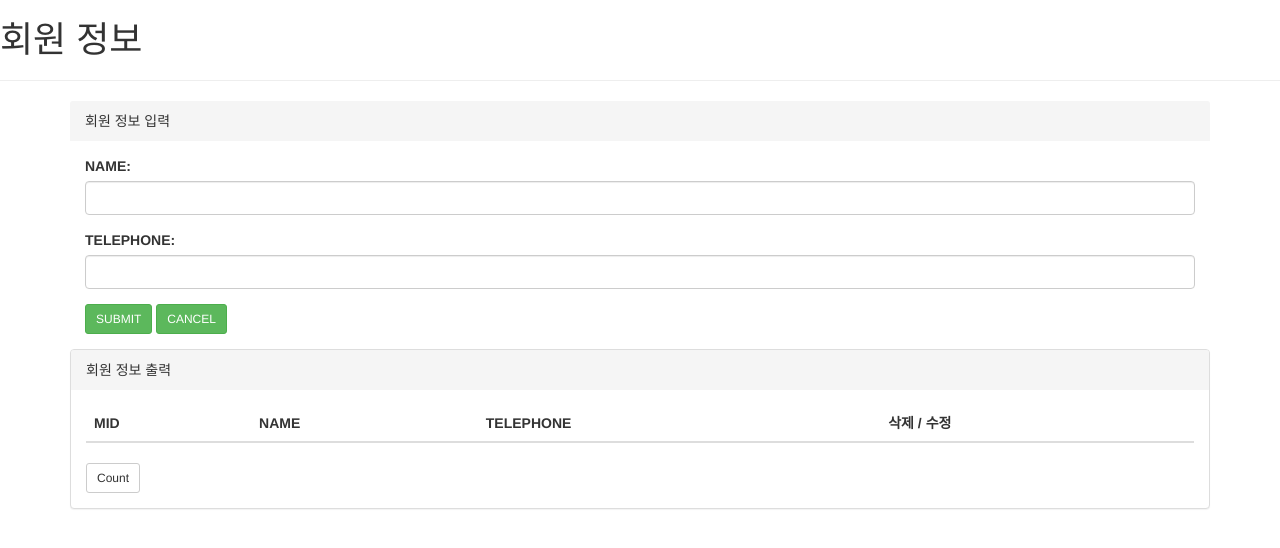
Repository: CHAEYUN7074/SpringMVCStudy
Page: http://localhost/mybatisWork02/MemberList.jsp
An editor plug-in stored every save of this project. The page is shown before and after the next save, followed by the edit.
The browser window is 1280 px wide. The pictures show the whole page.
The page is served by Tomcat 9. The template is opened directly, without the code that normally fills it, so the values that code supplies are empty.

Above is the page before, as saved 2021-12-20 01:28:27.

### mybatisWork02/WebContent/MemberList.jsp
<%@ page contentType="text/html; charset=UTF-8"%>
<%@ taglib prefix="c" uri="http://java.sun.com/jsp/jstl/core"%>
<%
	request.setCharacterEncoding("UTF-8");
String cp = request.getContextPath();
%>
<!DOCTYPE html>
<html>
<head>
<meta charset="UTF-8">
<meta name="viewport" content="width=device-width, initial-scale=1">
<title>MemberList.jsp</title>
<!-- 부트스트랩 css -->
<link rel="stylesheet" href="https://maxcdn.bootstrapcdn.com/bootstrap/3.3.2/css/bootstrap.min.css">
<!-- 제이쿼리 script -->
<script type="text/javascript" src="http://code.jquery.com/jquery.min.js"></script>
<!-- 부트스트랩 script -->
<script src="https://maxcdn.bootstrapcdn.com/bootstrap/3.3.2/js/bootstrap.min.js"></script>
<!-- 부트스트랩 script -->
<script src="https://maxcdn.bootstrapcdn.com/bootstrap/3.3.2/js/bootstrap.min.js"></script>
<!-- 자바스크립트 -->
<script src="https://ajax.googleapis.com/ajax/libs/jquery/3.5.1/jquery.min.js"></script>


<script type="text/javascript">
	$(function()
	{
		$(".btnDelete").click(
				function()
				{
					if (confirm("현재 선택한 데이터를 정말 삭제하시겠습니까?"))
					{
						$(location).attr("href",
								"memberdelete.action?mid=" + $(this).val());
					}
				});

		$(".btnUpdate").click(function()
		{
			$("title").html("회원 정보 수정").css(
			{
				"color" : "red",
				"font-weight" : "bold"
			});

			var mid = $(this).parents("tr").find("td:eq(0)").text();
			var name = $(this).parents("tr").find("td:eq(1)").text(); // 부모 tr의 0번째 td의 글자
			var telephone = $(this).parents("tr").find("td:eq(2)").text();

			$("#mid").val(mid);
			$("#name").val(name);
			$("#telephone").val(telephone);

			$("form").attr("action", "memberupdate.action"); // 지금은 action 속성이 memberinsert.action인데 이것을 바꾸겠다.
		});


		$(".btnCancle").click(function()
		{
			$("title").html("회원 정보 수정").css(
					{
						"color" : "black",
						"font-weight" : "normal"
					});
			$("form").attr("action", "memberinsert.action");
		});

	});
</script>
</head>
<body>
	<div>
		<h1>회원 정보</h1>
		<hr>
	</div>

	<div class="container">
		<div class="panel-group">
			<div class="panel-default">
				<div class="panel-heading" id="title">회원 정보 입력</div>
				<div class="panel-body">
					<form role="form" action="memberinsert.action" method="post">
						<!-- role : 어떤 역할을 수행한다~ -->
						<input type="hidden" id="mid" name="mid">

						<div class="form-group">
							<label for="name"> NAME: </label> <input type="text"
								class="form-control" id="name" name="name">
						</div>
						<div class="form-group">
							<label for="telephone"> TELEPHONE: </label> <input type="tel"
								class="form-control" id="telephone" name="telephone">
						</div>
						<button type="submit" class="btn btn-success btn-sm">SUBMIT</button>
						<button type="reset" class="btn btn-success btn-sm btnCancel">CANCEL</button>
					</form>
				</div>
			</div>
			<!-- close .panel-default -->

			<div class="panel panel-default">
				<div class="panel-heading">회원 정보 출력</div>
				<div class="panel-body">
					<table class="table">
						<thead>
							<tr>
								<th>MID</th>
								<th>NAME</th>
								<th>TELEPHONE</th>
								<th>삭제 / 수정</th>
							</tr>
						</thead>
						<tbody>
							<!--
                  <tr>
                     <td>1</td>
                     <td>전혜림</td>
                     <td>010-1111-1111</td>
                     <td>
                        <button type="button" class="btn btn-default btn-xs btnDelete">삭제</button>
                        <button type="button" class="btn btn-default btn-xs btnUpdate">수정</button>
                     </td>
                  </tr>
                  <tr>
                     <td>2</td>
                     <td>선혜연</td>
                     <td>010-2222-2222</td>
                     <td>
                        <button type="button" class="btn btn-default btn-xs btnDelete">삭제</button>
                        <button type="button" class="btn btn-default btn-xs btnUpdate">수정</button>
                     </td>
                  </tr>
                   -->
							<c:forEach var="member" items="${list }">
								<tr>
									<td>${member.mid }</td>
									<td>${member.name }</td>
									<td>${member.telephone }</td>
									<td>
										<button type="button" class="btn btn-danger btn-xs btnDelete"
											value="${member.mid }">삭제</button>
										<button type="button" class="btn btn-primary btn-xs btnUpdate"
											value="${member.mid }">수정</button>
									</td>
								</tr>
							</c:forEach>
						</tbody>
					</table>
					<button type="button" class="btn btn-default btn-sm">
						Count <span class="badge">${count }</span>
					</button>
				</div>
			</div>
		</div>
	</div>

</body>
</html>

After the next save:
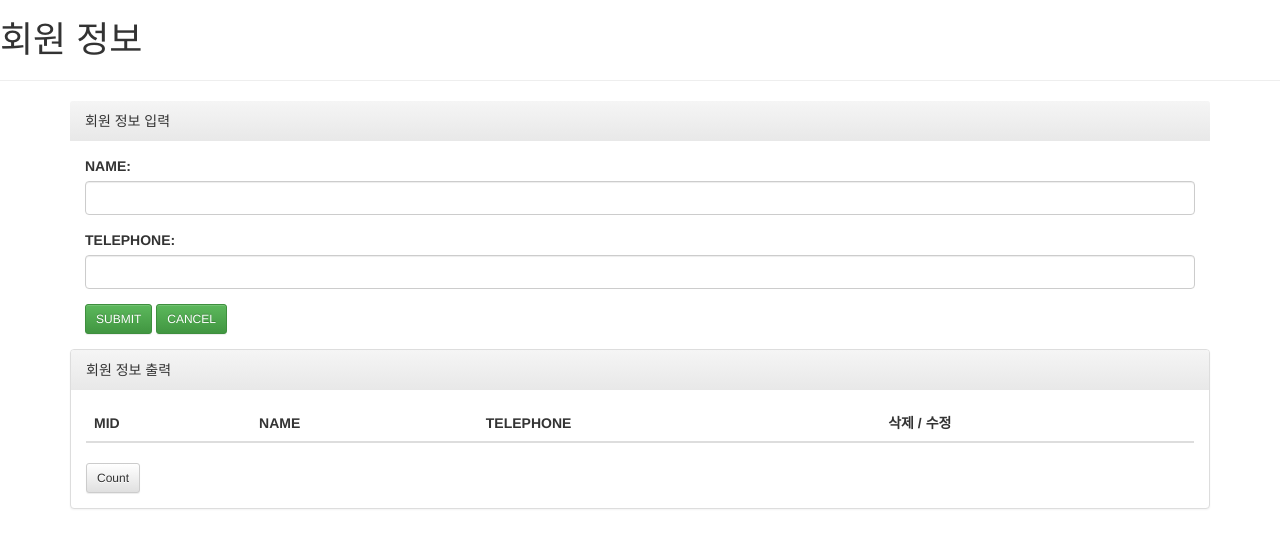
Saved 11 min 36 s later.
--- a/mybatisWork02/WebContent/MemberList.jsp
+++ b/mybatisWork02/WebContent/MemberList.jsp
@@ -10,16 +10,21 @@ String cp = request.getContextPath();
 <meta charset="UTF-8">
 <meta name="viewport" content="width=device-width, initial-scale=1">
 <title>MemberList.jsp</title>
-<!-- 부트스트랩 css -->
-<link rel="stylesheet" href="https://maxcdn.bootstrapcdn.com/bootstrap/3.3.2/css/bootstrap.min.css">
+
 <!-- 제이쿼리 script -->
 <script type="text/javascript" src="http://code.jquery.com/jquery.min.js"></script>
-<!-- 부트스트랩 script -->
+
+<!-- 제이쿼리 -->
+<script src="https://ajax.googleapis.com/ajax/libs/jquery/3.5.1/jquery.min.js"></script>
+
+<!-- 합쳐지고 최소화된 최신 CSS -->
+<link rel="stylesheet" href="https://maxcdn.bootstrapcdn.com/bootstrap/3.3.2/css/bootstrap.min.css">
+
+<!-- 부가적인 테마 -->
+<link rel="stylesheet" href="https://maxcdn.bootstrapcdn.com/bootstrap/3.3.2/css/bootstrap-theme.min.css">
+
+<!-- 합쳐지고 최소화된 최신 자바스크립트 -->
 <script src="https://maxcdn.bootstrapcdn.com/bootstrap/3.3.2/js/bootstrap.min.js"></script>
-<!-- 부트스트랩 script -->
-<script src="https://maxcdn.bootstrapcdn.com/bootstrap/3.3.2/js/bootstrap.min.js"></script>
-<!-- 자바스크립트 -->
-<script src="https://ajax.googleapis.com/ajax/libs/jquery/3.5.1/jquery.min.js"></script>
 
 
 <script type="text/javascript">
@@ -111,26 +116,7 @@ String cp = request.getContextPath();
 							</tr>
 						</thead>
 						<tbody>
-							<!--
-                  <tr>
-                     <td>1</td>
-                     <td>전혜림</td>
-                     <td>010-1111-1111</td>
-                     <td>
-                        <button type="button" class="btn btn-default btn-xs btnDelete">삭제</button>
-                        <button type="button" class="btn btn-default btn-xs btnUpdate">수정</button>
-                     </td>
-                  </tr>
-                  <tr>
-                     <td>2</td>
-                     <td>선혜연</td>
-                     <td>010-2222-2222</td>
-                     <td>
-                        <button type="button" class="btn btn-default btn-xs btnDelete">삭제</button>
-                        <button type="button" class="btn btn-default btn-xs btnUpdate">수정</button>
-                     </td>
-                  </tr>
-                   -->
+
 							<c:forEach var="member" items="${list }">
 								<tr>
 									<td>${member.mid }</td>
